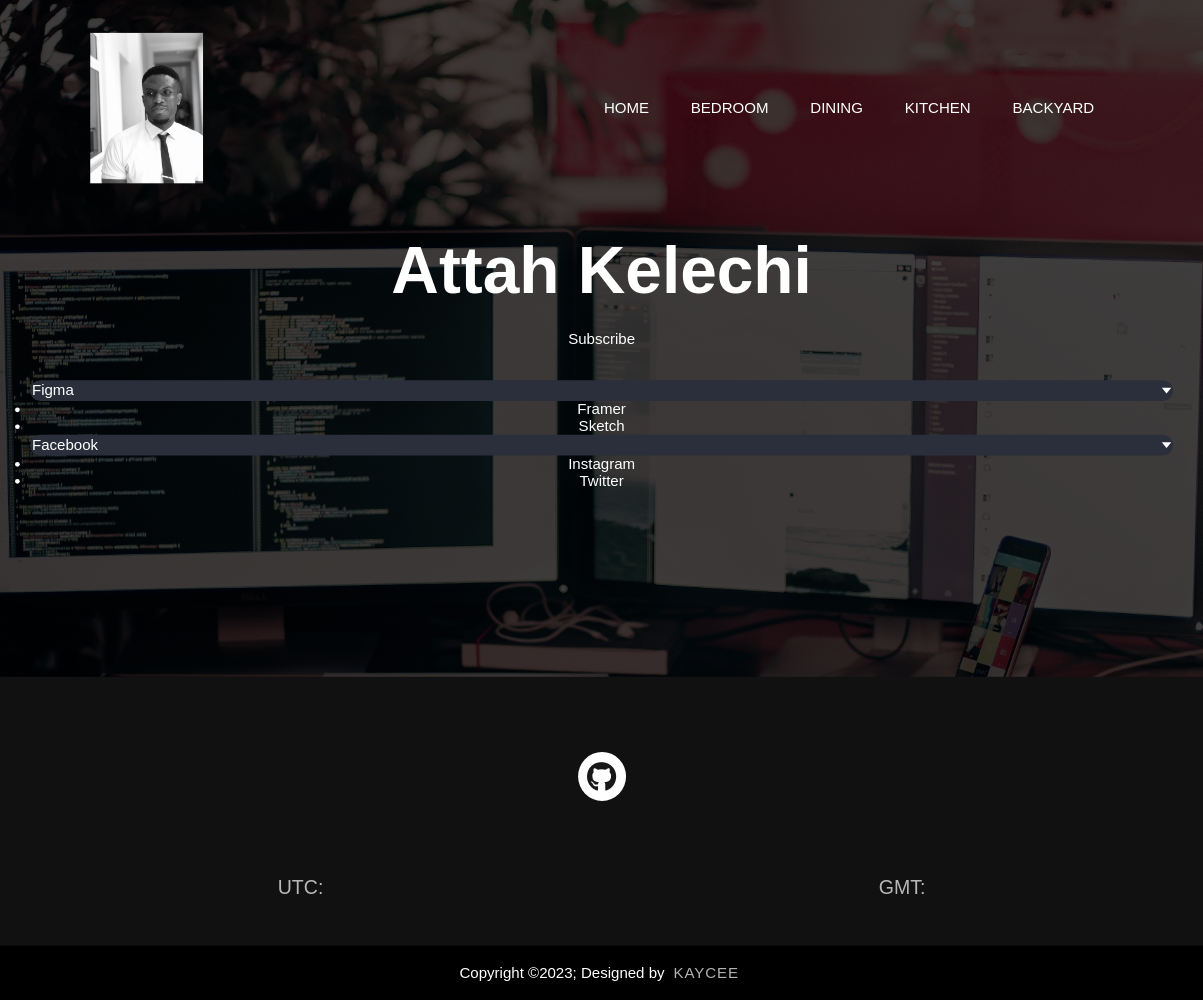
Repository: Kaycee-attah/HNG-Internship_2023
Page: index.html
The author's editor kept a copy of each file at every save. The page is drawn from the files as they stood at one save, then again after the next save.
The browser window is 1280 px wide. The pictures show the whole page, at 94% of full size.

Above is the page before, as saved 2023-09-07 04:01:41.

After the next save:
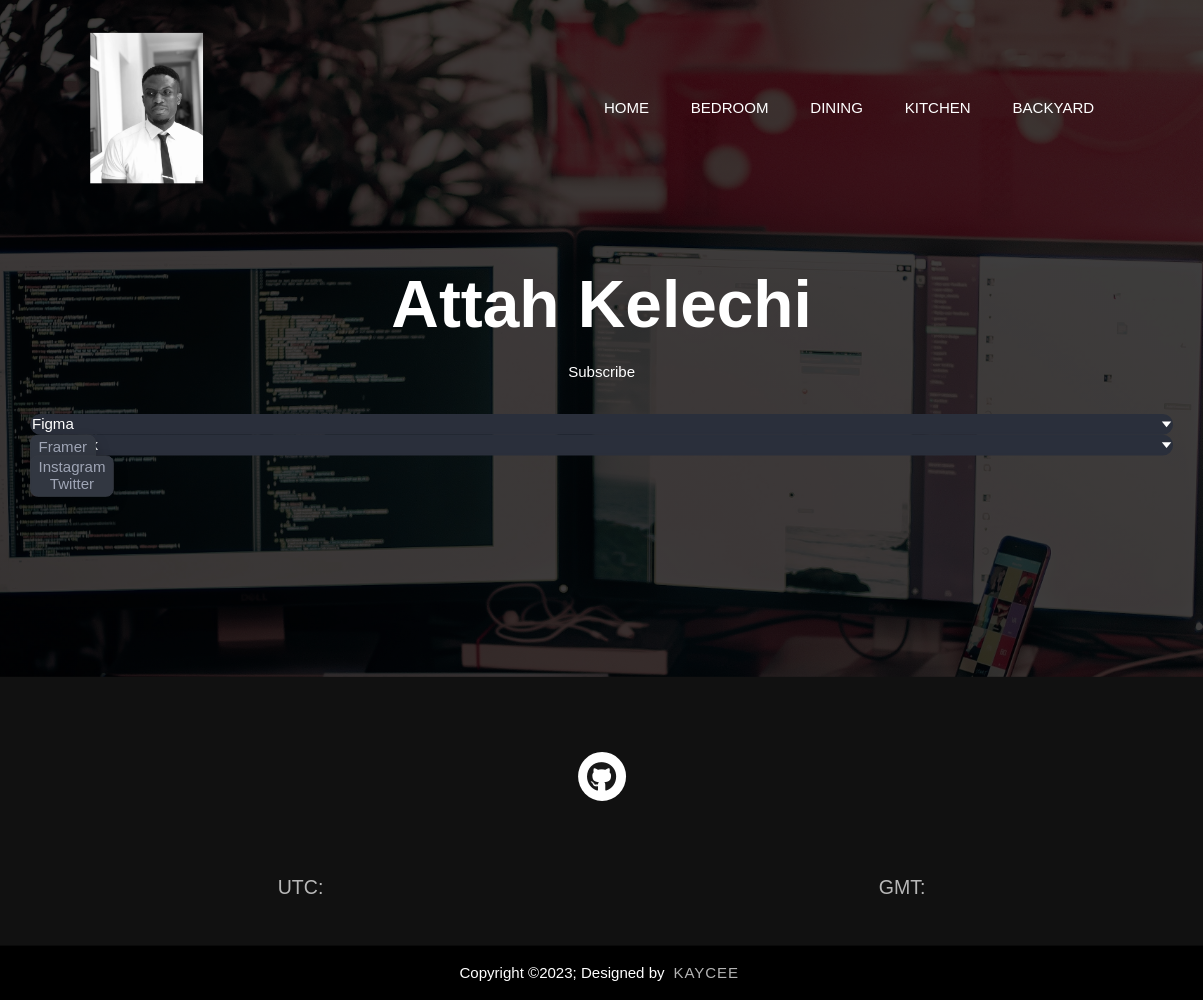
Saved 7 min 45 s later.
--- a/style.css
+++ b/style.css
@@ -106,6 +106,22 @@ body{
     border-top: 6px solid #fff;
     transition: 0.3s;
 }
+
+.caret-rotate{
+    transform: rotate(180deg);
+}
+
+.menu{
+    list-style: none;
+    padding: 0.2em 0.5em;
+    background: #323741;
+    border: 1px #363a43 solid;
+    box-shadow: 0 0.5em 1em rgba(0, 0, 0, 0.2);
+    border-radius: 0.5em;
+    color: #9fa5b5;
+    position: absolute;
+}
+
 
 button{
     width: 200px;
